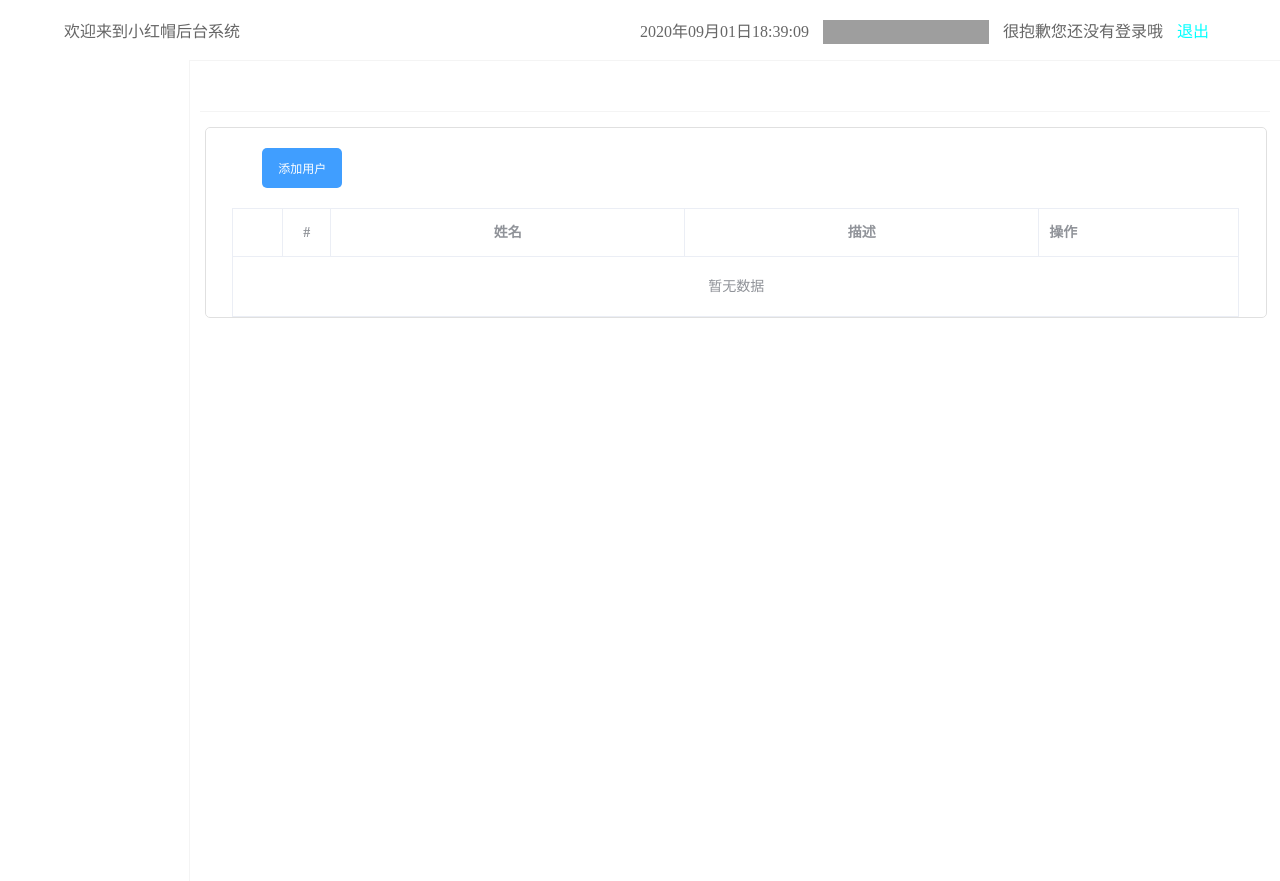
Repository: jinggegeZ/whitesystem
Page: /rights/roles
The author's editor kept a copy of each file at every save. The page is drawn from the files as they stood at one save, then again after the next save.
The browser window is 1280 px wide. The pictures show the whole page.
Pictures or frames that could not be fetched are drawn as grey boxes. The page's requests for data from a server got no answer. The project was rebuilt for these pictures with package versions that can differ from the ones it lists, and the page was loaded fresh each time. No one was signed in, and anything a server would have sent is missing. Also part of the build but not shown: vue.config.js, src/views/Home.vue.

Above is the page before, as saved 2020-09-02 13:00:26.

### public/index.html
<!DOCTYPE html>
<html lang="en">
  <head>
    <meta charset="utf-8">
    <meta http-equiv="X-UA-Compatible" content="IE=edge">
    <meta name="viewport" content="width=device-width,initial-scale=1.0">
    <link rel="icon" href="<%= BASE_URL %>favicon.ico">
    <title><%= htmlWebpackPlugin.options.title %></title>
  </head>
  <body>
    <noscript>
      <strong>We're sorry but <%= htmlWebpackPlugin.options.title %> doesn't work properly without JavaScript enabled. Please enable it to continue.</strong>
    </noscript>
    <div id="app"></div>
    <!-- built files will be auto injected -->

     <!--[if lte IE 9]>
    <div style='position:absolute; top: 50%; left:50%; margin-top: -50px;margin-left: -400px; align-items: center;justify-content: center;'>
      <div style='width: 800px; height: 100px;text-align: center'>
        <h1>
        您的浏览器版本过低 请下载最新的谷歌浏览器
      </h1>
      <div style='text-align: center;width: 800px'>
        <a href=''>下载谷歌浏览器点此链接</a>
      </div>
      </div>
    </div>
  <![endif]-->
  </body>

</html>

### src/main.js
import Vue from "vue";
import App from "./App.vue";
import router from "./router";
import store from "./store";
import './bus'
import ElementUI from 'element-ui'
import 'element-ui/lib/theme-chalk/index.css'
import dayjs from 'dayjs'
import echarts from "echarts"

dayjs().format();
Vue.use(ElementUI)
Vue.config.productionTip = false;
Vue.prototype.$echarts = echarts

new Vue({
  router,
  store,
  render: h => h(App)
}).$mount("#app");

### src/App.vue
<template>
  <div id="app">
    <router-view />
  </div>
</template>

<style lang="scss">
@import '../src/style/style'
</style>

### src/store/index.js
import Vue from "vue";
import Vuex from "vuex";
import user from "./user/user";
import order from "./order/order"

Vue.use(Vuex);

export default new Vuex.Store({
  state: {},
  mutations: {},
  actions: {},
  modules: {
    user,
    order
  }
});

### src/bus/index.js
import Vue from 'vue'
const bus = new Vue()
Vue.prototype.$bus = bus

### src/style/style.css
* {
    margin: 0;
    padding: 0;
}

#app {
    width: 100%;
    height: 100%;
}
.el-menu-item {
    min-width: 100px !important;
}
html {
    width: 100%;
    height: 100%;
}

body {
    width: 100%;
    height: 100%;
}

/* 登录页面 */
.login {
    width: 100%;
    height: 100%;
}

.loginbox {
    width: 100%;
    height: 100%;
    display: flex;
    justify-content: center;
    align-items: center;

}

.loginboximg {
    width: 100%;
    height: 100%;
    position: absolute;

}

.msgbox {
    width: 636px;
    height: 400px;
    background: rgb(255, 255, 255);
    border: 1px solid rgb(204, 204, 204);
    z-index: 99;
    position: absolute;
    border-radius: 5px;
}

.topbox {
    width: 100%;
    height: 79px;
    font-size: 22px;
    display: flex;
    justify-content: space-around;
    align-items: center;
    border-bottom: 1px solid rgb(204, 204, 204);
    font-weight: 700;

}
.el-form {
    width: 100%;
}
.topinpuit {
    width: 100%;
    height: 60px;
    display: flex;
    justify-content: center;
    align-items: center;
}
.topinpuit1 {
    width: 100%;
    height: 60px;
    display: flex;
    justify-content: center;

    margin-top: 20px;
}
.topinputfont {
    width: 100%;
    height: 80px;
    display: flex;
    justify-content: center;
    font-size: 14px;
    align-items: center;
}
.topinpuit1-2 {
    width: 90%;
    display: flex;
    justify-content: center;
    align-items: center;
}
.topinpuit1-1 {
    width: 90%;
    display: flex;
    justify-content: center;
    align-items: center;
}
.submit {
    width: 100%;
    height: 80px;
    display: flex;
    justify-content: center;
    align-items: center;

}
/* layout部分 */
.layout-homebox {
    width: 100%;
    height: 100%;

}
.layout-topbox {
    width: 100%;
    height: 60px;
}
.layout-navbox {
    width: 100%;
    display: flex;

}
.layout-leftbox {
    width: 15%;
    min-height: 800px;
    height: 100%;

}
.layout-sonbox {
    padding: 10px;
    width: 85%;
    min-height: 800px;
    height: 100%;
    border-top: 1px solid rgb(244,244,244);
    border-left: 1px solid rgb(244,244,244);
}
.layout-sonbox-top {
    width: 100%;
    height: 40px;
    border-bottom: 1px solid rgb(244,244,244);
    display: flex;
    align-items: center;
}
.layout-sonbox-top-item {
    padding: 3px 15px;
    font-size: 12px;
    border: 1px solid rgb(224,224,224);
    margin-left: 10px;
    border-radius: 5px;
}
.layout-sonbox-top-item:hover {
    background: rgb(7, 170, 235);
    color: white;
}
.layout-sonbox-top-item:hover .vis {
    visibility: visible;

}
.vis {
    visibility: hidden;
}
.layout-sonbox-top-item2 {
    margin-left: 10px;
    margin-right: 10px;

}
.layout-sonbox-box {
    margin-top: 10px;
}
/* 头部样式 */
.top-Box {
    width: 100%;
    height: 60px;
    display: flex;
    justify-content: center;
    align-items: center;

}
.top-box {
    width: 90%;
    height: 60px;
    display: flex;
    justify-content: space-between;
    align-items: center;
}
.top-box-left {
    width: 50%;
    height: 100%;
    font-size: 16px;
    color: #666;
    display: flex;
    align-items: center;
}
.top-box-right {
    width: 590px;
    height: 100%;
    font-size: 20px;
    color: #666;
    display: flex;
    justify-content: space-around;
    align-items: center;
    font-size: 16px;
}
.logout {
    color: aqua;
}
.weather {
    height: 21px;
}
iframe{
    width: 166px;
}
iframe html{
    width: 166px;
}
iframe body{
    width: 166px;
}

### src/views/layout1/layout.vue
<template>
  <div class="layout-homebox">
    <div class="layout-topbox">
      <topbox></topbox>
    </div>
    <div class="layout-navbox">
      <div class="layout-leftbox">
        <leftbox></leftbox>
      </div>
      <div class="layout-sonbox">
      <used></used>
        <div class="layout-sonbox-box">
          <template>
            <router-view />
          </template>
        </div>
      </div>
    </div>
  </div>
</template>

<script>
import topbox from "../../components/topbox/topbox";
import leftbox from "../../components/leftbox/leftbox";
import used from "../../components/used/used"
export default {
  name: "",
  props: {},
  components: {
    topbox,
    leftbox,
    used
  },
  data() {
    return {};
  },
  methods: {},
  mounted() {},
  watch: {},
  computed: {}
};
</script>

<style scoped lang='scss'>
</style>

### src/views/roleList/RoleList.vue
<template>
  <div class="UserListbox">
    <div class="userListbox">
      <div class="userListbox-serach">
        <div class="userListbox-serach1">
          <div class="adduser" @click="opendiolog">添加用户</div>
           <template>
                  <el-dialog
                    title="添加用户"
                    :visible.sync="dialogVisible1"
                    width="30%"
                    :before-close="handleClose1"
                  >
                    <span>
                      <el-form
                        :label-position="labelPosition"
                        label-width="80px"
                        :model="formLabelAlign1"
                        :rules="rules"

                      >
                        <el-form-item label="用户姓名" prop="name" >
                          <el-input v-model="formLabelAlign1.name"></el-input>
                        </el-form-item>
                        <el-form-item label="用户密码" prop="password"  >
                          <el-input type="password" v-model="formLabelAlign1.password"></el-input>
                        </el-form-item>
                        <el-form-item label="邮箱" prop="email"  >
                          <el-input v-model="formLabelAlign1.email"></el-input>
                        </el-form-item>
                        <el-form-item label="电话" prop="mobile"  >
                          <el-input v-model="formLabelAlign1.mobile"></el-input>
                        </el-form-item>

                      </el-form>
                    </span>
                    <span slot="footer" class="dialog-footer">
                      <el-button @click="dialogVisible1 = false">取 消</el-button>
                      <el-button type="primary" @click="addUser">确 定</el-button>
                    </span>
                  </el-dialog>
                </template>
        </div>
      </div>
      <div class="userListbox-nav">
        <!-- 用户表格 -->
        <div class="list_b">
          <el-table :data="roles" border stripe style="width: 100%">
          <!-- 展开符 -->
            <el-table-column label="" align="center" width="50"></el-table-column>
            <!-- 下标 -->
            <el-table-column label="#" type="index" :index="indexMethod" align="center"></el-table-column>
            <!-- 姓名 -->
            <el-table-column prop="roleName" label="姓名"  align="center"></el-table-column>
            <!-- 角色 -->
            <el-table-column prop="roleDesc" label="描述"  align="center"></el-table-column>
            <!-- 操作 -->
            <el-table-column label="操作" width="200">
              <template slot-scope="scope">
                <el-tooltip class="item" effect="dark" content="编辑" placement="top">
                  <el-button
                    size="mini"
                    type="primary"

                    @click="handleEdit(scope.$index, scope.row)"
                  >编辑</el-button>
                </el-tooltip>
                <template>
                  <el-dialog
                    title="编辑信息"
                    :visible.sync="dialogVisible"
                    width="30%"
                    :before-close="handleClose"
                  >
                    <span>
                      <el-form
                        :label-position="labelPosition"
                        label-width="80px"
                        :model="formLabelAlign"
                      >
                        <el-form-item label="用户名" disabled>
                          <el-input v-model="formLabelAlign.name"></el-input>
                        </el-form-item>
                        <el-form-item label="邮箱" prop="email">
                          <el-input v-model="formLabelAlign.email"></el-input>
                        </el-form-item>
                        <el-form-item label="电话" prop="mobile">
                          <el-input v-model="formLabelAlign.mobile"></el-input>
                        </el-form-item>
                      </el-form>
                    </span>
                    <span slot="footer" class="dialog-footer">
                      <el-button @click="dialogVisible = false">取 消</el-button>
                      <el-button type="primary" @click="changemsg">确 定</el-button>
                    </span>
                  </el-dialog>
                </template>
                <el-tooltip class="item" effect="dark" content="删除" placement="top">
                  <el-button
                    size="mini"
                    type="danger"

                    @click="handleDelete(scope.$index, scope.row)"
                  >删除</el-button>
                </el-tooltip>
                <el-tooltip class="item" effect="dark" content="分配权限" placement="top">
                  <el-button
                    size="mini"
                    type="warning"
                    @click="handleshare(scope.$index, scope.row)"
                  >分配权限</el-button>
                </el-tooltip>
                <template>
                  <el-dialog
                    title="编辑信息"
                    :visible.sync="dialogVisible2"
                    width="30%"
                    :before-close="handleClose"
                  >
                    <span>
                    123
                    </span>
                    <span slot="footer" class="dialog-footer">
                      <el-button @click="dialogVisible2 = false">取 消</el-button>
                      <el-button type="primary" @click="dialogVisible2 = false">确 定</el-button>
                    </span>
                  </el-dialog>
                </template>
              </template>
            </el-table-column>
          </el-table>
        </div>
      </div>
    </div>
  </div>
</template>

<script>
import { createNamespacedHelpers } from "vuex";
const userModule = createNamespacedHelpers("user");
const { mapState, mapActions } = userModule;
export default {
  name: "UserList",
  props: {},
  components: {},
  data() {
    return {
      keyword: "",
      pagenum: 1,
      pagesize: 5,
      query: "",
      id: "",
      value: true,
      tableData: [],
      dialogVisible: false,
      dialogVisible1:false,
      dialogVisible2:false,
      labelPosition: "right",
       formLabelAlign: {
        name: "",
        email: "",
        mobile: ""
      },
      formLabelAlign1: {
        name: "",
        password:"",
        email: "",
        mobile: ""
      },
      rules: {
        name: [
          { required: true, message: "请输入用户名", trigger: "change" },
          {

            message: "用户名不能为空",
            trigger: ["blur", "change"]
          }
        ],
        password: [
          { required: true, message: "请输入邮箱地址", trigger: "change" },
          {
            min:"6",
            message: "密码至少为6位",
            trigger: ["blur", "change"]
          }
        ],
        email: [
          { required: false, message: "请输入邮箱地址", trigger: "change" },
          {
            type: "email",
            message: "请输入正确的邮箱地址",
            trigger: ["blur", "change"]
          }
        ],
        mobile: [
          { required: false, message: "请输入电话", trigger: "change" },
          {
           min:"11",
           max:'11',
            message: "请输入正确的手机号码",
            trigger: ["blur", "change"]
          }
        ]
      }
    };
  },
  methods: {
    //展开符运算
    ...mapActions(["getroles"]),
    //表格
    handleEdit(index, row) {
      console.log(index, row);
      //打开diolog
      this.dialogVisible = true;
      this.formLabelAlign.name = row.username
      this.formLabelAlign.email = row.email
      this.formLabelAlign.mobile = row.mobile
      this.id = row.id
    },
    changemsg(){
      this.dialogVisible = false
      //编辑用户请求
      this.changeusermsg({
        id: this.id,
        email: this.formLabelAlign.email,
        mobile: this.formLabelAlign.mobile,
         pagenum: this.pagenum,
        pagesize: this.pagesize,
        query: this.query
      })
    },
    handleClose(done) {
      this.$confirm("确认关闭？")
        .then(() => {
          done();
          this.formLabelAlign.name = "";
          this.formLabelAlign.email = "";
          this.formLabelAlign.email = "";
        })
        .catch(() => {});
    },
    //删除
    handleDelete(index, row) {
      console.log(index, row);
      this.deleteUser({
        id: row.id,
        pagenum: this.pagenum,
        pagesize: this.pagesize,
        query: this.query
      });
    },
    //分配角色
    handleshare(index, row){
       console.log(index, row);
       this.dialogVisible2 = true
    },
    //修改状态
    change(e) {
      console.log(e);
      this.changUsertype({
        uId: e.id,
        type: e.mg_state,
        pagenum: this.pagenum,
        pagesize: this.pagesize,
        query: this.query
      });
    },
    //打开弹框
    opendiolog(){
      this.dialogVisible1 = true
    },
    //添加用户
    addUser(){

      this.dialogVisible1 = false
      this.addUsers({
        username:this.formLabelAlign1.name,
        password:this.formLabelAlign1.password,
        email:this.formLabelAlign1.email,
        mobile:this.formLabelAlign1.mobile,
         pagenum: this.pagenum,
        pagesize: this.pagesize,
        query: this.query
      })
    },
     handleClose1(done) {
      this.$confirm("确认关闭？")
        .then(() => {
          done();
          this.formLabelAlign.name = "";
          this.formLabelAlign.email = "";
          this.formLabelAlign.email = "";
        })
        .catch(() => {});
    },
    //获取下标
    indexMethod(index) {
      return index * 1;
    },
  },
  mounted() {
    this.getroles();
  },
  watch: {},
  computed: {
    ...mapState(["roles"])
  }
};
</script>

<style scoped lang='scss'>
.UserListbox {
  padding: 5px;
}
.userListbox {
  width: 100%;
  border: 1px solid rgb(224, 224, 224);
  border-radius: 5px;
}
.list_b {
  width: 95%;
  height: 95%;
}
.userListbox-nav {
  width: 100%;
  display: flex;
  justify-content: center;
  align-items: center;
}
.userListbox-serach {
  width: 100%;
  height: 80px;
  display: flex;
  align-items: center;
  justify-content: center;
}
.userListbox-serach1 {
  width: 95%;
  display: flex;
  align-items: center;
}
.serachbox {
  width: 47px;
  height: 39px;
  display: flex;
  justify-content: center;
  align-items: center;
}

.adduser {
  width: 80px;
  height: 40px;
  display: flex;
  justify-content: center;
  align-items: center;
  color: white;
  font-size: 12px;
  background: rgb(64, 158, 255);
  margin-left: 30px;
  border-radius: 5px;
}
.fenye {
  margin-top: 10px;
  margin-bottom: 10px;
}
</style>

### src/components/topbox/topbox.vue
<template>
  <div>
    <div class="top-Box">
      <div class="top-box">
        <div class="top-box-left">欢迎来到小红帽后台系统</div>
        <div class="top-box-right">
          <div>{{ nowDate }}{{ nowTime }}</div>
          <div class="weather"><iframe scrolling="no" src="https://tianqiapi.com/api.php?style=tf&skin=cherry" frameborder="0" width="400" height="24" allowtransparency="true"></iframe></div>
          <div v-if="this.adminUser">亲爱的：{{adminUser.username}}</div>
          <div v-else>很抱歉您还没有登录哦</div>
          <div @click="logout" class="logout">退出</div>
        </div>
      </div>
    </div>
  </div>
</template>
<script>
export default {
  name: "",
  props: {},
  components: {},
  data() {
    return {
      nowDate: null, //存放年月日变量
      nowTime: null, //存放时分秒变量
      timer: "", //定义一个定时器的变量
      currentTime: new Date(), // 获取当前时间
      adminUser:[], //获取用户信息
      adminToken:"", //获取令牌
    };
  },
  methods: {
    //获取时间
    getTime() {
      const date = new Date();
      const year = date.getFullYear();
      const month = date.getMonth() + 1;
      const day = date.getDate();
      const hour = date.getHours();
      const minute = date.getMinutes();
      const second = date.getSeconds();
      this.month = check(month);
      this.day = check(day);
      this.hour = check(hour);
      this.minute = check(minute);
      this.second = check(second);
      function check(i) {
        const num = i < 10 ? "0" + i : i;
        return num;
      }
      this.nowDate = year + "年" + this.month + "月" + this.day + "日";
      this.nowTime =
        this.hour + ":" + this.minute + ":" + this.second ;
    },
    //退出登录
    logout(){
      localStorage.removeItem('adminUser')
      this.$router.push('/login')
    },

  },
  mounted() {
    //获取时间
    this.timer = setInterval(this.getTime, 1000);
    //获取个人信息
    this.adminUser = JSON.parse(localStorage.getItem('adminUser'))
    this.adminToken = localStorage.getItem('adminToken')




  },
  beforeDestroy() {
    if (this.timer) {
      clearInterval(this.timer); // 在Vue实例销毁前，清除定时器
    }

  },
  watch: {},
  computed: {

  }
};
</script>

<style scoped lang='scss'>
</style>

### src/components/leftbox/leftbox.vue
<template>
  <div>
    <el-menu :default-active="$route.path" unique-opened router>
      <template v-for="item in menus">
        <el-submenu :index="item.path" :key="item.id" v-if="item.children">
          <template slot="title">
            <i :class="item.icon"></i>
            <span>{{ item.authName }}</span>
          </template>
          <el-menu-item-group>
            <el-menu-item
              :index="children.path"
              v-for="children in item.children"
              :key="children.path"
            >
              <i :class="children.icon"></i>
              <span
                slot="title"
                @click="chose(children.path, children.authName)"
              >{{ children.authName }}</span>
            </el-menu-item>
          </el-menu-item-group>
        </el-submenu>
        <el-menu-item :index="item.path" :key="item.path" v-else>
          <span slot="title">{{ item.authName }}</span>
        </el-menu-item>
      </template>
    </el-menu>
  </div>
</template>

<script>
import { createNamespacedHelpers } from "vuex";
const userModule = createNamespacedHelpers("user");
const { mapState: userState, mapActions: userActions } = userModule;
export default {
  name: "",
  props: {},
  components: {},
  data() {
    return {
      activeIndex: "/index",
      addresslist: []
    };
  },
  methods: {
    ...userActions(["getMenus"]),
    //选择子元素
    chose(path, name) {
      console.log(path, name);
      let arr = JSON.parse(localStorage.getItem("uesdTabs"));
      if (arr) {
        // 去重
        let length = arr.filter(item => {
          return item.path === path;
        }).length;

        if (length === 0) {
          arr.push({
            path: path,
            name: name
          });
        }
      } else {
        arr = [];
        arr.push({
          path: path,
          name: name
        });
      }
      localStorage.setItem("uesdTabs", JSON.stringify(arr));
    }
  },
  mounted() {
    this.getMenus();
  },
  watch: {},
  computed: {
    ...userState(["menus"])
  }
};
</script>

<style scoped lang='scss'>
</style>

### src/components/used/used.vue
<template>
  <div>
    <div class="layout-sonbox-top" >
      <div class="layout-sonbox-top-item" v-for="item in Tabs" :key="item.path">
        <span class="vis">●</span> <span class="layout-sonbox-top-item2">{{item.name}}</span><span class="vis" @click="deletes(item)">X</span>
      </div>
    </div>
  </div>
</template>

<script>
export default {
  name: "used",
  props: {},
  components: {},
  data() {
    return {
      Tabs: []
    };
  },
  methods: {
    //获取local
    getlocal(){
      if (localStorage.getItem("uesdTabs")) {
      this.Tabs = JSON.parse(localStorage.getItem("uesdTabs"))
      // console.log(this.Tabs);
    }
    },
    //删除元素
    deletes(item){
      console.log(item);
    }
  },
  mounted() {
  this.getlocal()
  },
  watch: {
        // 监听路由跳转
    "$route.path": {
      handler(val) {
        this.getlocal();
        console.log("菜单：", val);
        this.currentPath = val; //val是路由跳转的path
      },
      immediate: true, //立即执行
    },
  },
  computed: {

  }
};
</script>

<style scoped lang='scss'>
</style>

Loaded but not shown: src/store/user/user.js (195 lines, source omitted); src/router/index.js (183 lines, source omitted); src/store/order/order.js (57 lines, source omitted); src/http/api.js (52 lines, source omitted); src/http/index.js (66 lines, source omitted)

After the next save:
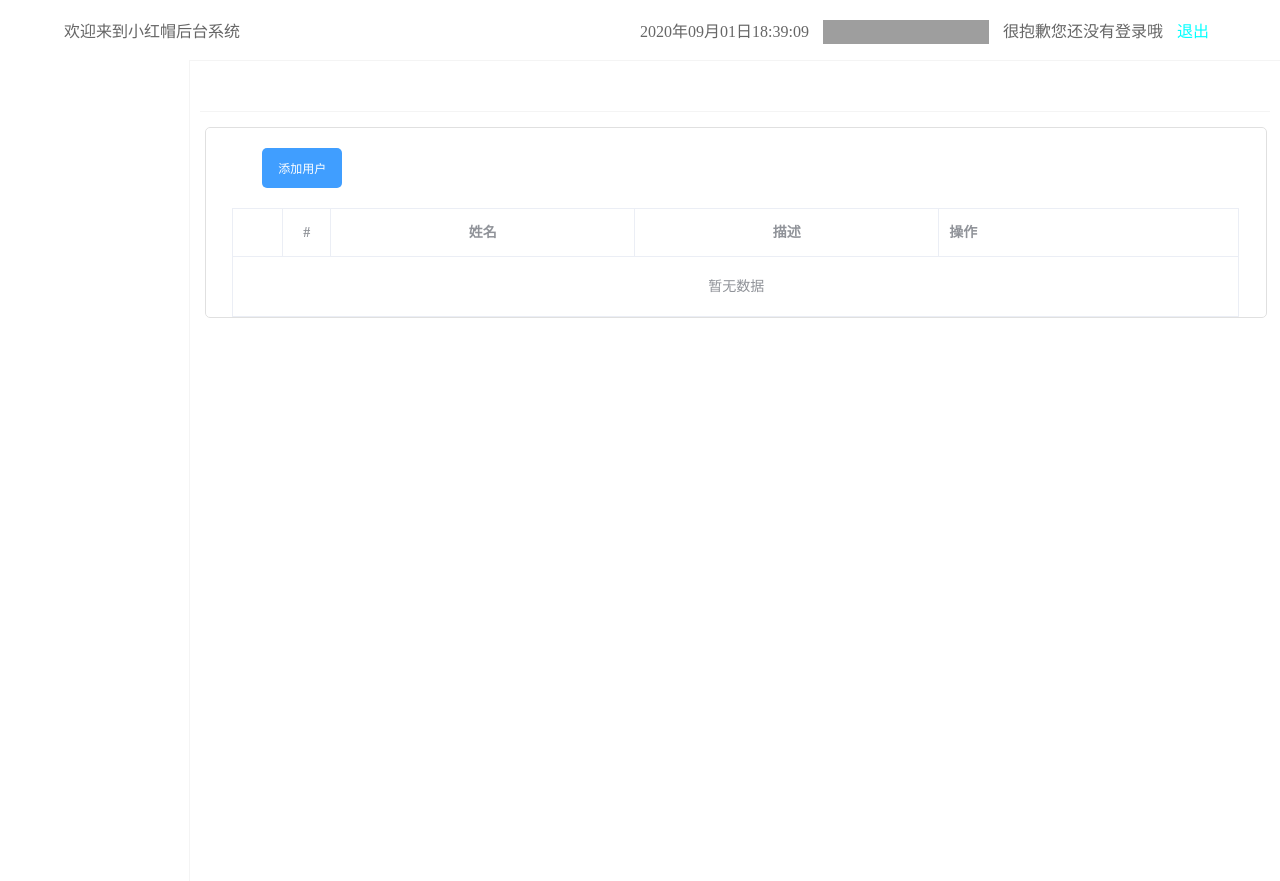
Saved 12 s later.
--- a/src/views/roleList/RoleList.vue
+++ b/src/views/roleList/RoleList.vue
@@ -55,7 +55,7 @@
             <!-- 角色 -->
             <el-table-column prop="roleDesc" label="描述"  align="center"></el-table-column>
             <!-- 操作 -->
-            <el-table-column label="操作" width="200">
+            <el-table-column label="操作" width="300">
               <template slot-scope="scope">
                 <el-tooltip class="item" effect="dark" content="编辑" placement="top">
                   <el-button
